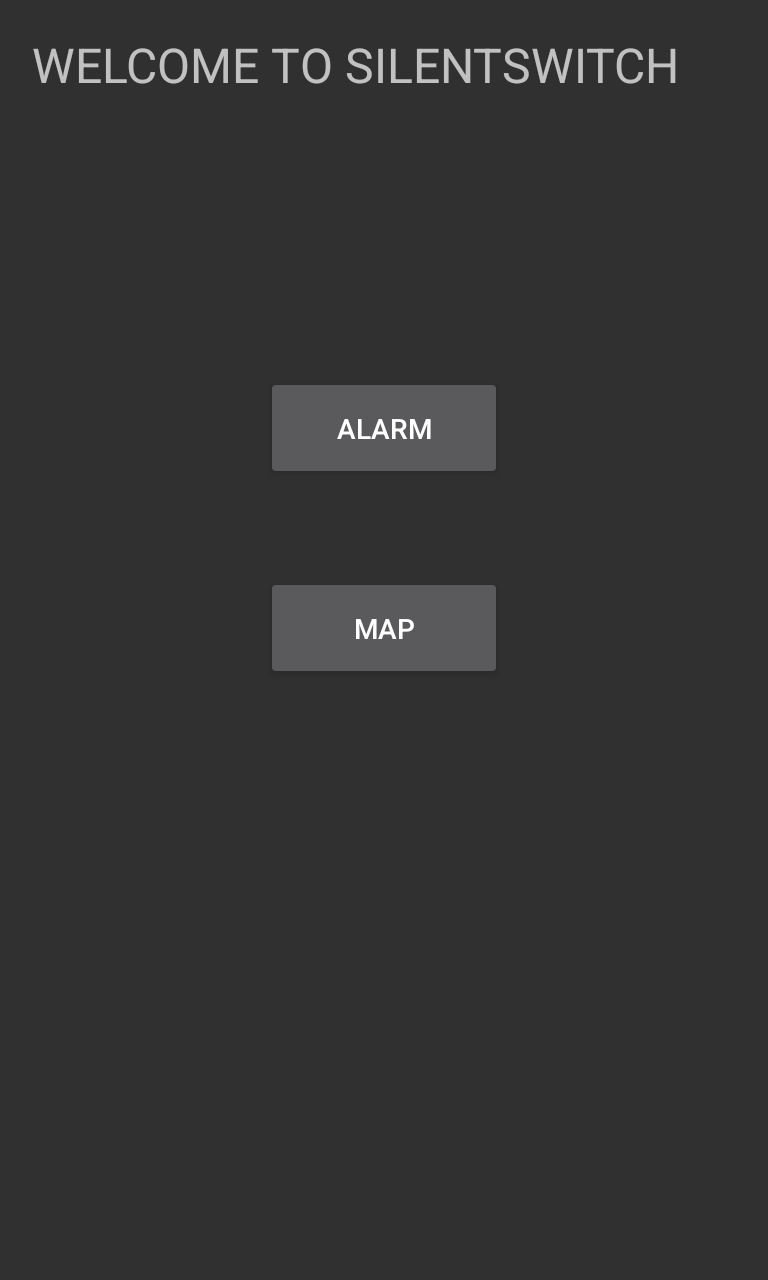
Repository: karakor/SilentSwitch2
Layout: SilentSwitch/res/layout/activity_main.xml
An editor plug-in stored every save of this project. The layout is shown before and after the next save, followed by the edit.
It is drawn on a 768 x 1280 px phone screen (xhdpi) without system bars, with theme Theme.AppCompat; the app's code is not run.

Above is the layout before, as saved 2015-03-02 10:34:23.

### SilentSwitch/res/layout/activity_main.xml
<RelativeLayout xmlns:android="http://schemas.android.com/apk/res/android"
    xmlns:tools="http://schemas.android.com/tools"
    android:layout_width="match_parent"
    android:layout_height="match_parent"
    android:paddingBottom="@dimen/activity_vertical_margin"
    android:paddingLeft="@dimen/activity_horizontal_margin"
    android:paddingRight="@dimen/activity_horizontal_margin"
    android:paddingTop="@dimen/activity_vertical_margin"
    tools:context="com.example.silentswitch.MainActivity" >

    <TextView
        android:id="@+id/textView1"
        android:layout_width="wrap_content"
        android:layout_height="wrap_content"
        android:text="@string/hello_world"
        android:textSize="24dp" />

    <Button
        android:id="@+id/Alarm_btn"
        android:layout_width="wrap_content"
        android:layout_height="wrap_content"
        android:layout_below="@+id/textView1"
        android:layout_centerHorizontal="true"
        android:layout_marginTop="138dp"
        android:height="55dp"
        android:text="@string/Alarm_btn"
        android:width="120dp" />

    <Button
        android:id="@+id/Map_btn"
        android:layout_width="wrap_content"
        android:layout_height="wrap_content"
        android:layout_alignLeft="@+id/Alarm_btn"
        android:layout_below="@+id/Alarm_btn"
        android:layout_marginTop="45dp"
        android:height="55dp"
        android:text="@string/Map_btn"
        android:width="120dp" />

</RelativeLayout>

### SilentSwitch/res/values/strings.xml
<?xml version="1.0" encoding="utf-8"?>
<resources>

    <string name="app_name">SilentSwitch</string>
    <string name="hello_world">WELCOME TO SILENTSWITCH</string>
    <string name="action_settings">Settings</string>
    <string name="Alarm_btn">ALARM</string>
    <string name="Map_btn">MAP</string>
    <string name="title_activity_map__screen">Map_Screen</string>
    <string name="btn_City">City</string>
    <string name="str_rb_normal">Normal</string>
    <string name="str_rb_satellite">Satellite</string>
    <string name="menu_settings">Settings</string>
    <string name="str_rb_terrain">Terrain</string>
    <string name="title_activity_alarm_screen">AlarmScreen</string>

</resources>

Loaded but not shown: SilentSwitch/res/values/dimens.xml (common file); SilentSwitch/res/values-w820dp/dimens.xml (common file)

After the next save:
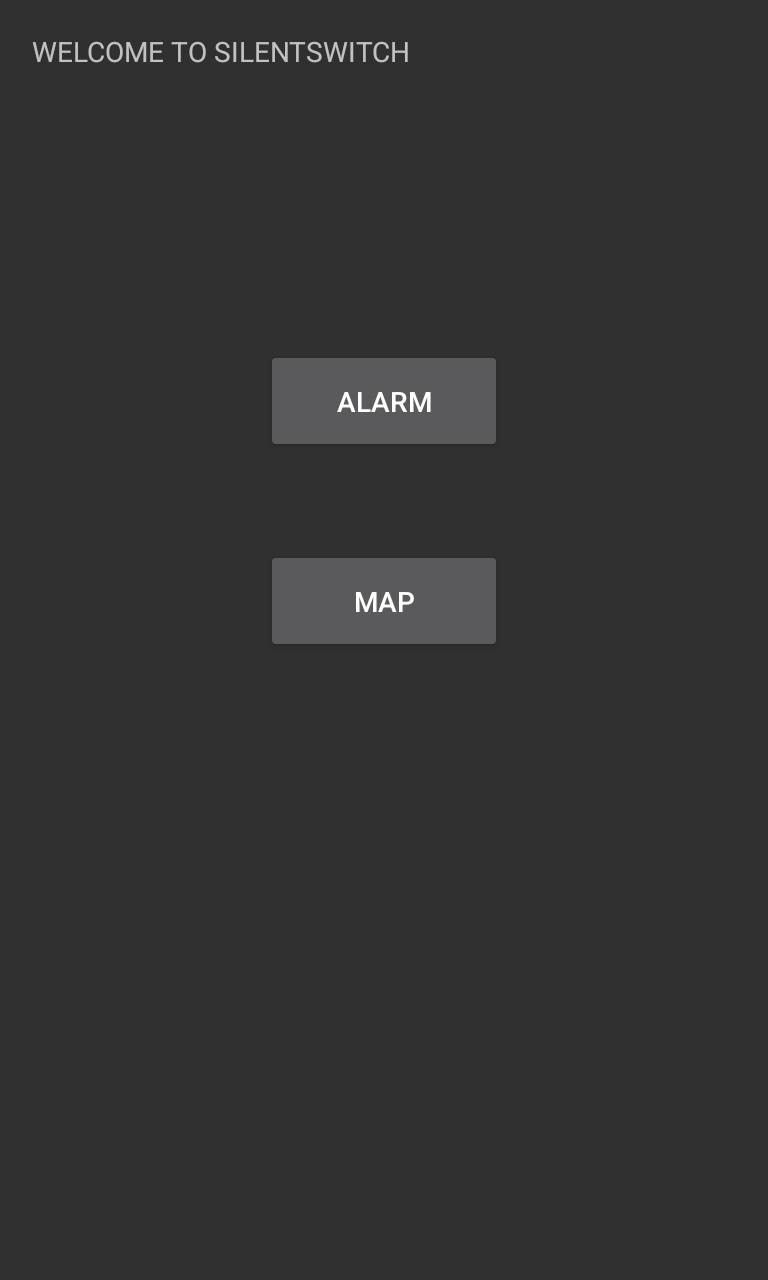
Saved 8 s later.
--- a/SilentSwitch/res/layout/activity_main.xml
+++ b/SilentSwitch/res/layout/activity_main.xml
@@ -13,7 +13,7 @@
         android:layout_width="wrap_content"
         android:layout_height="wrap_content"
         android:text="@string/hello_world"
-        android:textSize="24dp" />
+        android:textSize="24Sp" />
 
     <Button
         android:id="@+id/Alarm_btn"

After the save that followed:
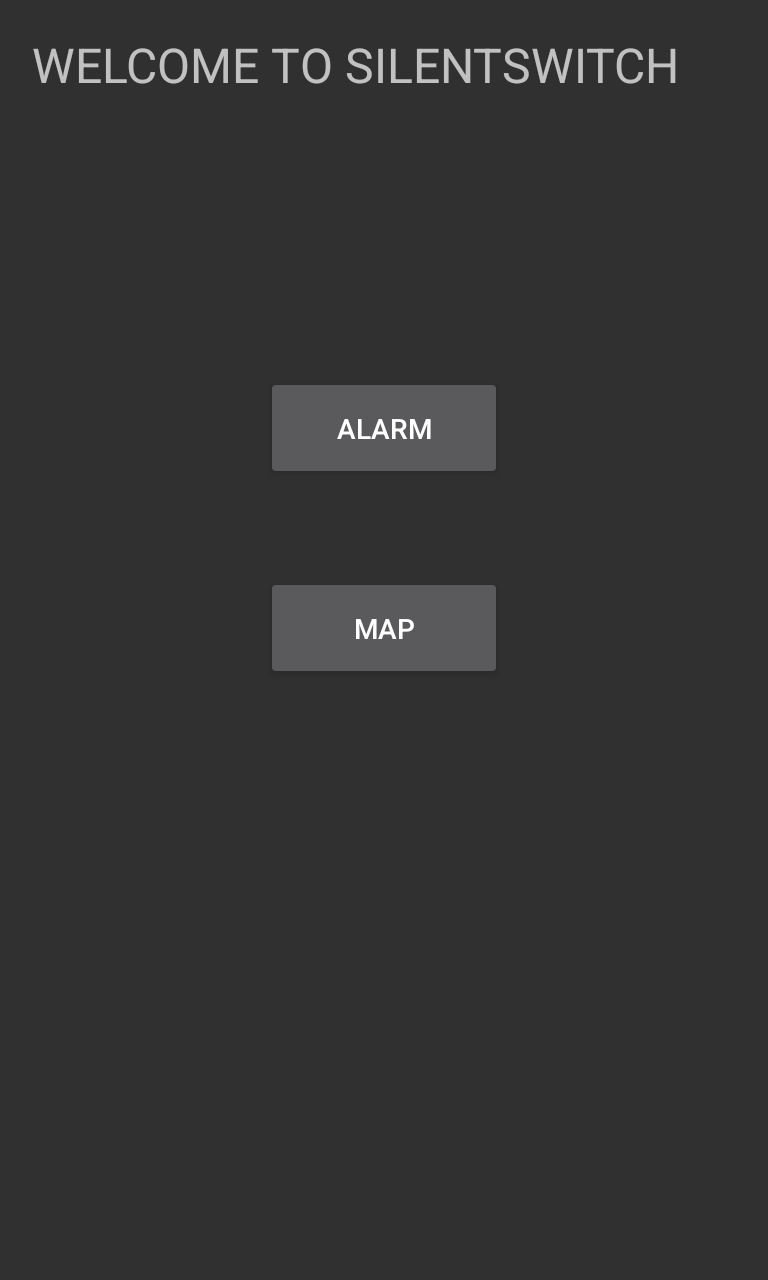
Saved 4 s later.
--- a/SilentSwitch/res/layout/activity_main.xml
+++ b/SilentSwitch/res/layout/activity_main.xml
@@ -13,7 +13,7 @@
         android:layout_width="wrap_content"
         android:layout_height="wrap_content"
         android:text="@string/hello_world"
-        android:textSize="24Sp" />
+        android:textSize="24sp" />
 
     <Button
         android:id="@+id/Alarm_btn"
